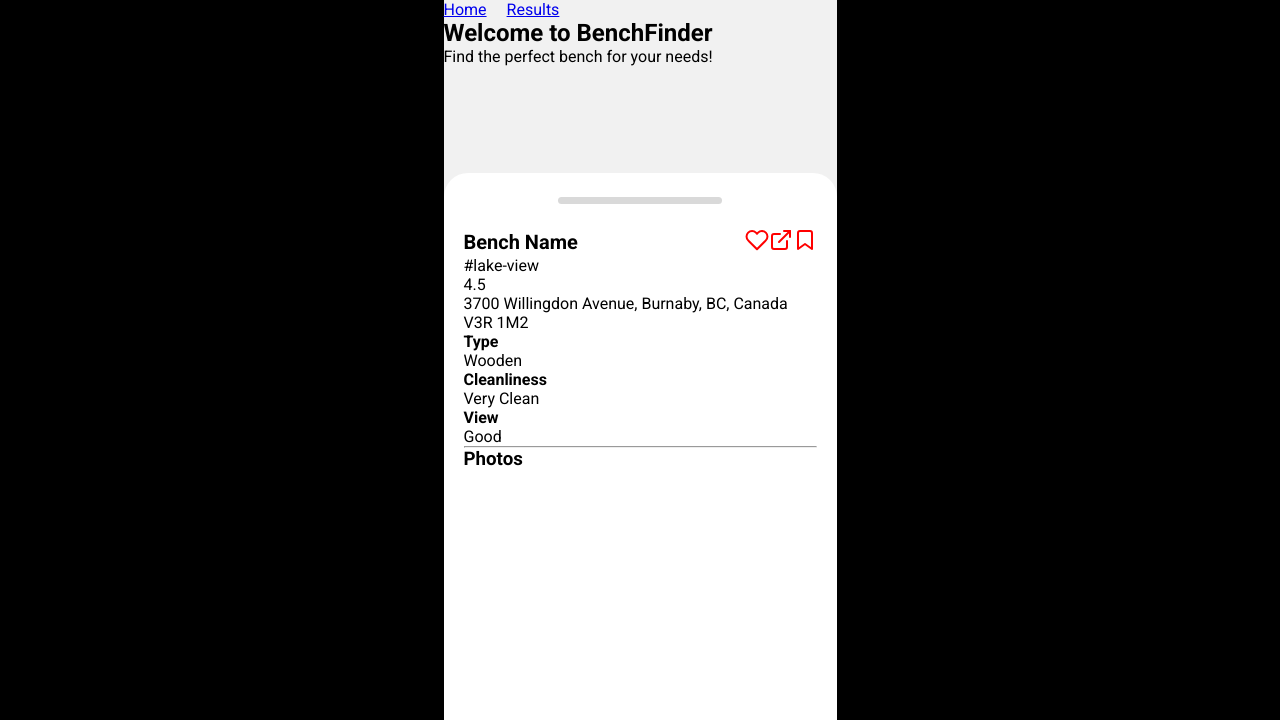
Repository: HidayatPatil/BenchFinder
Page: /
An editor plug-in stored every save of this project. The page is shown before and after the next save, followed by the edit.
The browser window is 1280 px wide. The pictures show the whole page.
The project was rebuilt for these pictures with package versions that can differ from the ones it lists, and the page was loaded fresh each time. Also part of the build but not shown: vite.config.js, src/Results.jsx.

Above is the page before, as saved 2025-10-09 21:19:07.

After the next save:
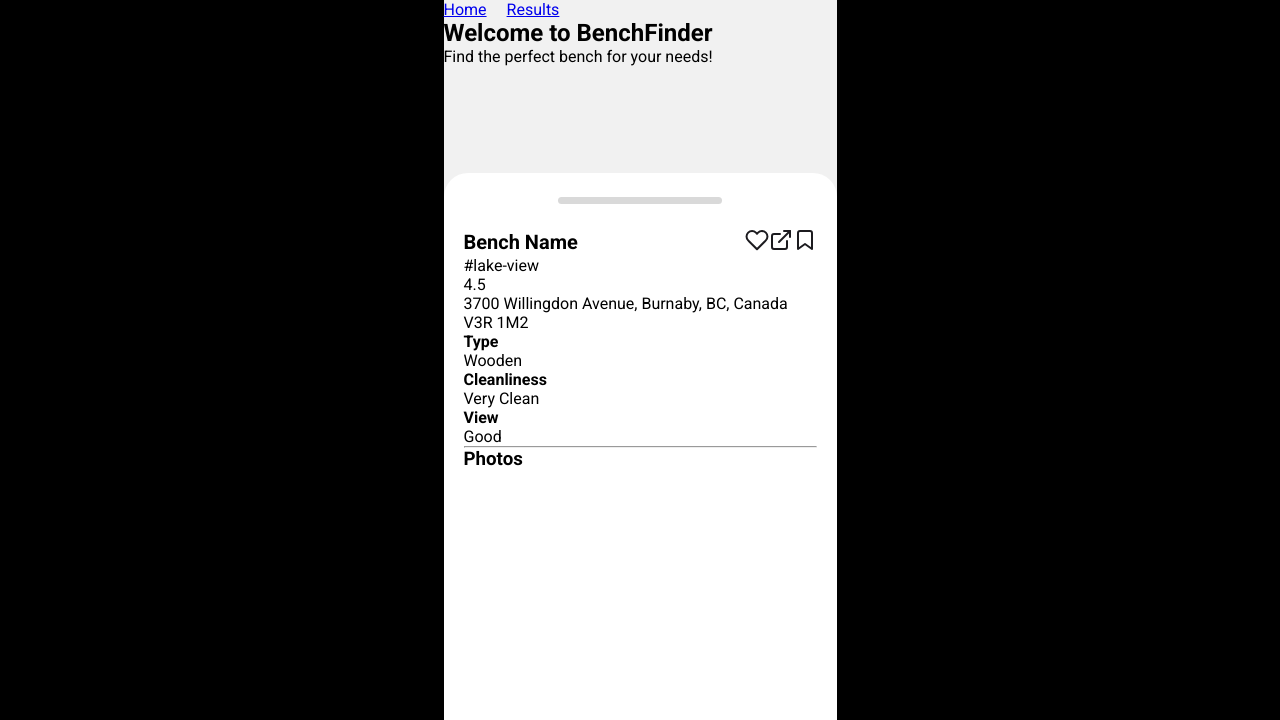
Saved 20 s later.
--- a/src/index.css
+++ b/src/index.css
@@ -67,6 +67,6 @@ body, html {
     .option_icons {
         height: 24px;
         width: 24px;
-        color: red
+        color: #1C1B1F;
     }
 }
